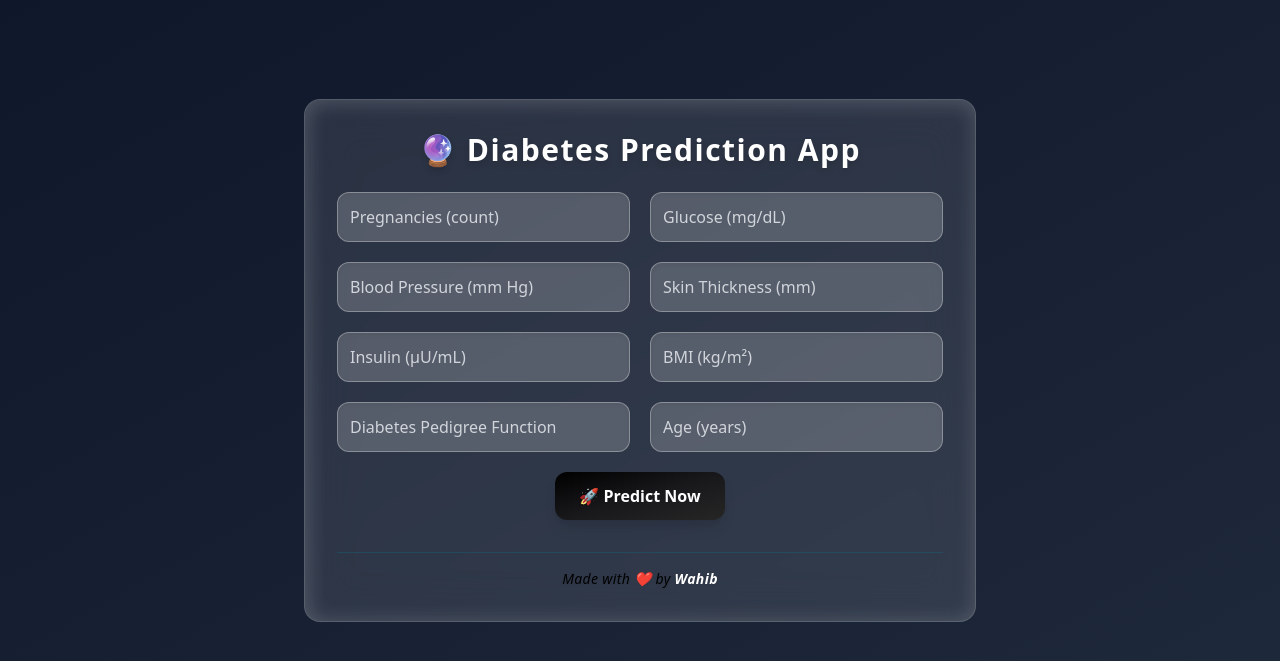
Repository: wahibkhannn/pima-diabetes-app
Page: / (app in frontend/)
An editor plug-in stored every save of this project. The page is shown before and after a run of saves, followed by the edit.
The browser window is 1280 px wide. The pictures show the whole page.
The project was rebuilt for these pictures with package versions that can differ from the ones it lists, and the page was loaded fresh each time.

Above is the page before, as saved 2025-06-30 21:11:16.

After the next 2 saves:
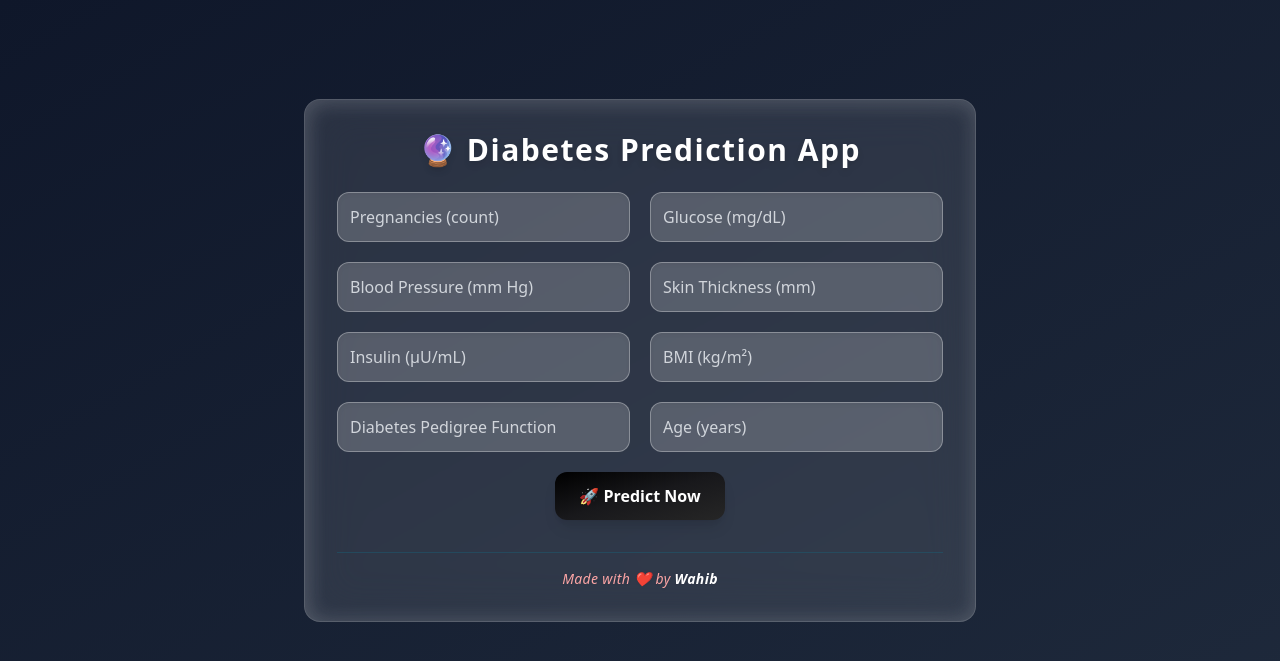
The 2 saves are shown as one change because they came seconds apart.
The last was saved 9 s later.
--- a/frontend/src/DiabetesPredictor.js
+++ b/frontend/src/DiabetesPredictor.js
@@ -163,7 +163,7 @@ const DiabetesPredictor = () => {
         )}
 
         <div className="mt-8 border-t border-cyan-700/30 pt-4 text-center">
-          <p className="text-sm text-black tracking-wide italic drop-shadow-sm">
+          <p className="text-sm text-red-300 tracking-wide italic drop-shadow-sm">
             Made with ❤️ by <span className="font-semibold text-white">Wahib</span>
           </p>
         </div>
